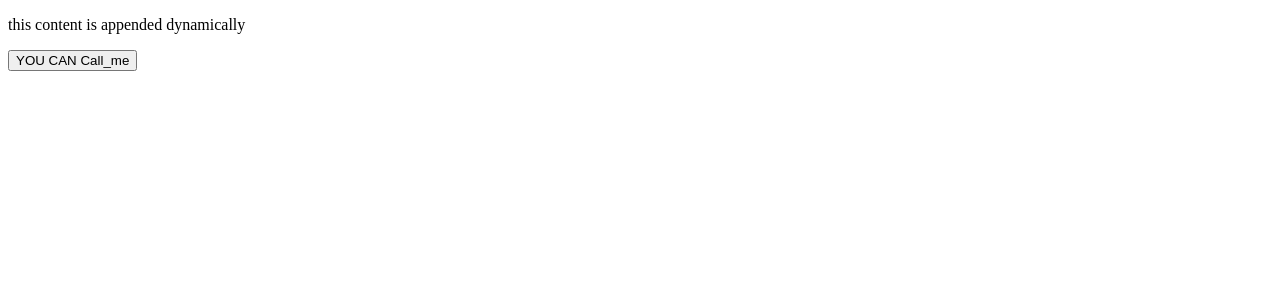
Repository: Solankinikhil/DailyWork
Page: eclipse-workspace/javaScriptExamples/WebContent/concept6.html
The author's editor kept a copy of each file at every save. The page is drawn from the files as they stood at one save, then again after the next save.
The browser window is 1280 px wide. The pictures show the whole page.
After loading, the first visible `button` was clicked once.

Above is the page before, as saved 2020-03-12 06:12:33.

After the next save:
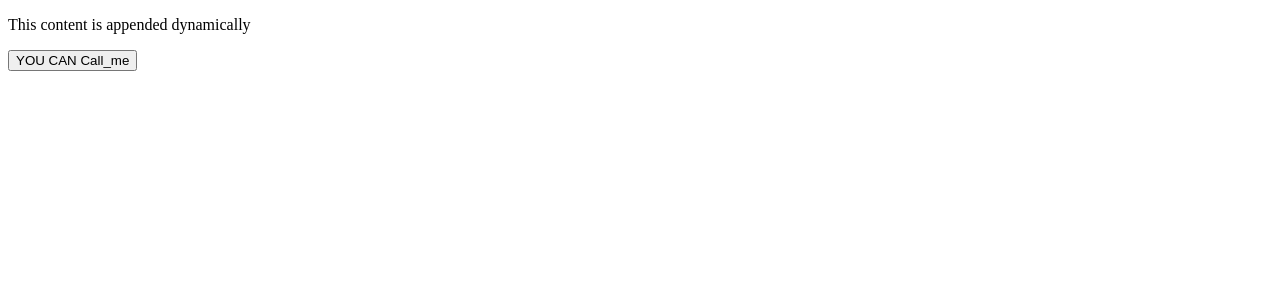
Saved 18 s later.
--- a/eclipse-workspace/javaScriptExamples/WebContent/concept6.html
+++ b/eclipse-workspace/javaScriptExamples/WebContent/concept6.html
@@ -5,7 +5,7 @@
 <title>Insert title here</title>
 <script type="text/javascript">
 function changeContnt() {
-	document.getElementById("p1").innerHTML = "this content is appended dynamically";
+	document.getElementById("p1").innerHTML = "This content is appended dynamically";
 	document.title = "web app 20";
 	document.querySelector('title').textContent = "Page title changed;"
 
